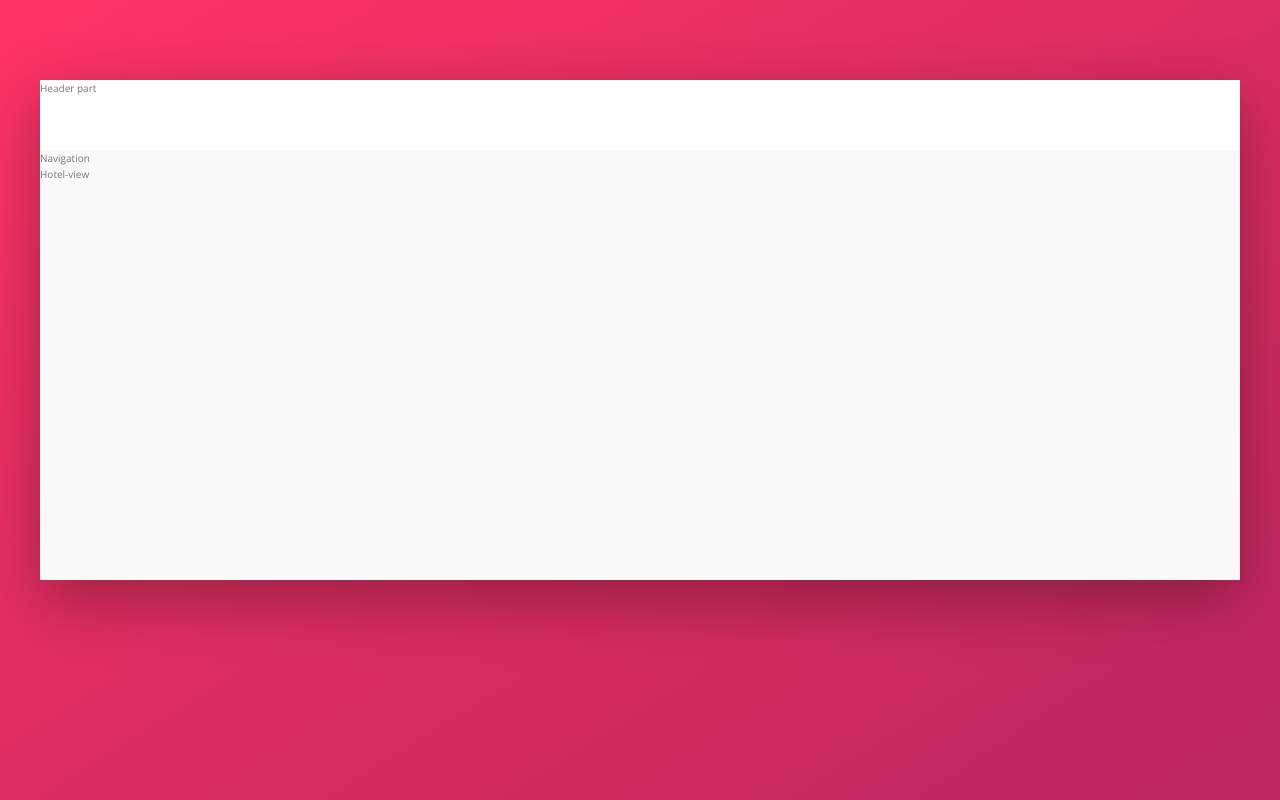
Repository: Lithium87/Trillo
Page: index.html
An editor plug-in stored every save of this project. The page is shown before and after the next save, followed by the edit.
The browser window is 1280 px wide. The pictures show the whole page.
The style sheet was rebuilt from its Sass, Less or Tailwind sources for each picture, by a compiler version that may differ from the author's.

Above is the page before, as saved 2020-05-15 18:30:48.

After the next save:
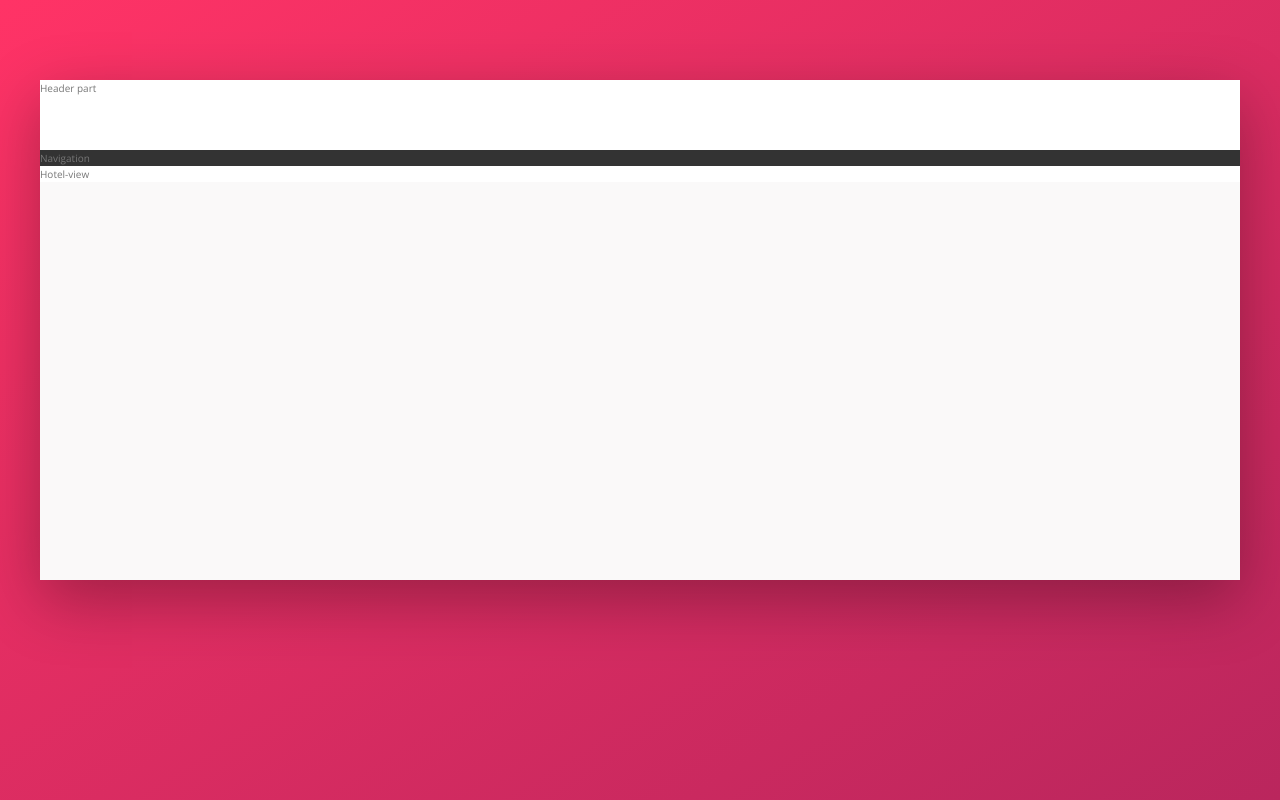
Saved 105 s later.
--- a/sass/_layout.scss
+++ b/sass/_layout.scss
@@ -14,6 +14,10 @@
 
 .content {}
 
-.sidebar {}
+.sidebar {
+    background-color: var(--color-grey-dark-1);
+}
 
-.hotel-view {}
+.hotel-view {
+    background-color: #fff;
+}
